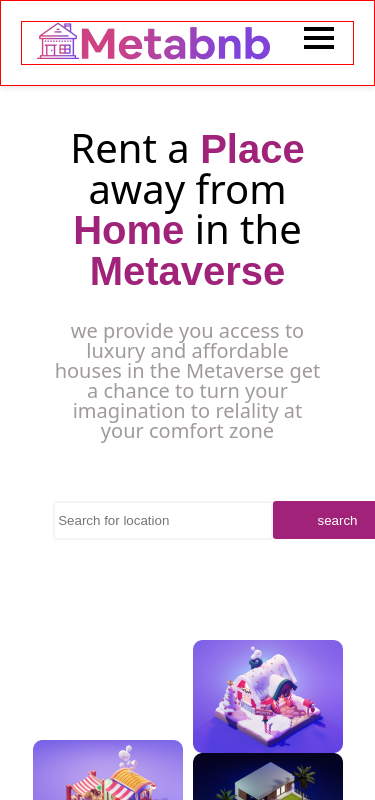
Repository: trenzyfx1/Metabnb
Page: index.html
The author's editor kept a copy of each file at every save. The page is drawn from the files as they stood at one save, then again after the next save.
The browser window is 375 px wide. The pictures show the whole page.
An inner scrolling area shows only its first screen.

Above is the page before, as saved 2025-05-12 15:17:34.

After the next save:
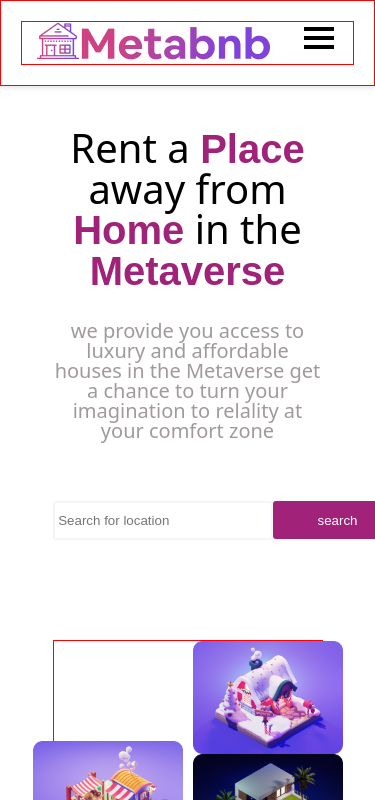
Saved 48 s later.
--- a/style.css
+++ b/style.css
@@ -619,6 +619,10 @@
         justify-content: space-around !important;
     }
 
+    .image-container {
+        border: 1px solid red;
+    }
+
 
     .image-container1 img, .image-container2 img {
         width: 150px !important;
